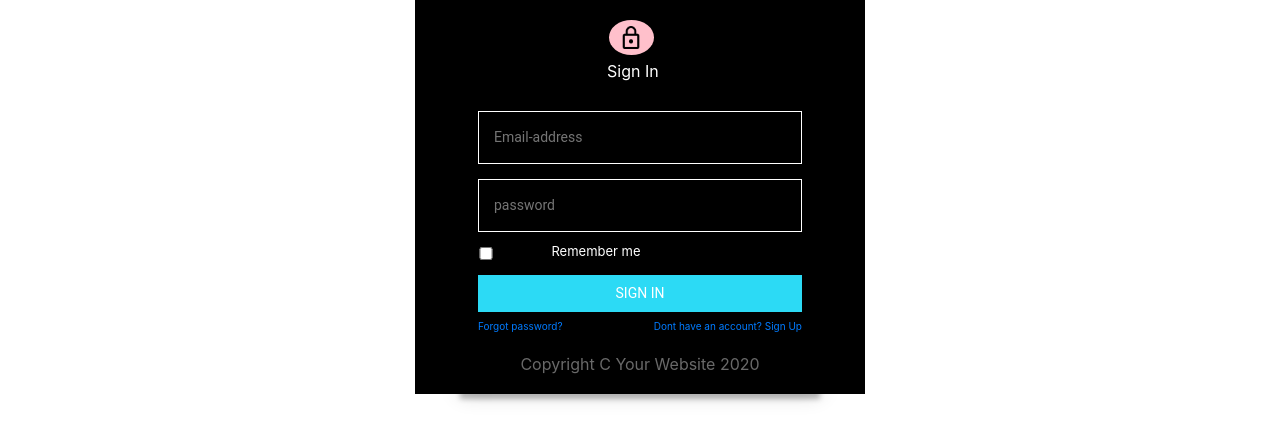
Repository: andbilous/cursor-styled-components
Page: /sign-in
The author's editor kept a copy of each file at every save. The page is drawn from the files as they stood at one save, then again after the next save.
The browser window is 1280 px wide. The pictures show the whole page.
The project was rebuilt for these pictures with package versions that can differ from the ones it lists, and the page was loaded fresh each time. Also part of the build but not shown: src/App.css, src/components/SignUpForm.jsx.

Above is the page before, as saved 2020-04-19 16:38:17.

### src/App.js
import React from 'react';
import {
  BrowserRouter as Router,
  Switch,
  Route,
  Link
} from "react-router-dom";
import './App.css';
import SignInForm from './components/SignInForm';
import SignUpForm from './components/SignUpForm';

function App() {
  return (
   <Router>
      <Switch>
          <Route exact path="/sign-in">
            <SignInForm />
          </Route>
          <Route path="/sign-up">
            <SignUpForm />
          </Route>
        </Switch>
   </Router>
  );
}

export default App;

### src/components/SignInForm.jsx
import React from 'react';
import styled from "styled-components";

const SignInFormStyles=styled.div`
*{
  box-sizing: border-box;
}
.login-page {
  width: 450px;
  margin: auto;
  background: #000;
}
.form {
  position: relative;
  z-index: 1;
  max-width: 360px;
  margin: 0 auto;
  margin-top:10px;
  padding: 18px;
  text-align: center;
  box-shadow: 0 0 20px 0 rgba(0, 0, 0, 0.2), 0 5px 5px 0 rgba(0, 0, 0, 0.24);
}
.form input {
  font-family: "Roboto", sans-serif;
  outline: 0;
  border: 1px solid #fff;
  background:transparent;
  width: 100%;
  margin: 0 0 15px;
  padding: 15px;
  font-size: 14px;
}
.form input[type="checkbox"]{
  transform: translateX(-100px);
}
.form button {
  font-family: "Roboto", sans-serif;
  text-transform: uppercase;
  outline: 0;
  background: #2cdaf5;
  width: 100%;
  border: 0;
  padding: 8px;
  color: #FFFFFF;
  font-size: 14px;
  -webkit-transition: all 0.3 ease;
  transition: all 0.3 ease;
  cursor: pointer;
}
.form button:hover,.form button:active,.form button:focus {
  background: #43A047;
}
.form .message {
  margin: 15px 0 0;
  color: #b3b3b3;
  font-size: 12px;
}
.form .message a {
  color: #4CAF50;
  text-decoration: none;
}
.container {
  position: relative;
  z-index: 1;
  max-width: 300px;
  margin: 0 auto;
}
.container:before, .container:after {
  content: "";
  display: block;
  clear: both;
}
.container .info {
  margin: 50px auto;
  text-align: center;
}
.container .info h1 {
  margin: 0 0 15px;
  padding: 0;
  font-size: 36px;
  font-weight: 300;
  color: #1a1a1a;
}
.container .info span {
  color: #4d4d4d;
  font-size: 12px;
}
.container .info span a {
  color: #000000;
  text-decoration: none;
}
.container .info span .fa {
  color: #EF3B3A;
}
body {
  background: #76b852; /* fallback for old browsers */
  background: -webkit-linear-gradient(right, #76b852, #8DC26F);
  background: -moz-linear-gradient(right, #76b852, #8DC26F);
  background: -o-linear-gradient(right, #76b852, #8DC26F);
  background: linear-gradient(to left, #76b852, #8DC26F);
  font-family: "Roboto", sans-serif;
  -webkit-font-smoothing: antialiased;
  -moz-osx-font-smoothing: grayscale;
}
.links{
  display:flex
}
.remember{
color:#fff;
}
.additional{
 color: #2cdaf5;
 display: flex;
 justify-content: space-between;
}
.additional a{
  font-size:10px
 }
.img-container{
  background: pink;
  border-radius: 50%;
  width:10%;
  transform: translateY(20px);
  margin-left: 43%;
}
img{
  margin: 6px 11px;
  width: 50%;
}
.image-label{
  display:block;
  color:#fff;
  margin-left: 12rem;
  margin-top: 1.5rem;
}
.label-remember{
  display: inline-block;
  margin-bottom: .5rem;
  transform: translateX(-152px);
  font-size: 13px;
  width: 50%;
  margin-top: -5px;
}
footer{
  color: dimgrey;
}
`


const SignInForm =() =>{
  return (
    <SignInFormStyles>
<div class="login-page">
  <div class='img-container'>
    <img src={require('../assets/padlock.png')}/>
    </div>
    <span class='image-label'>Sign In</span>

  <div class="form">
    <form class="login-form">
    <input type="text" placeholder="Email-address"/>
      <input type="password" placeholder="password"/>
      <div class='links remember'><input type="checkbox"/><label class='label-remember'>Remember me</label></div>
     <button>Sign In</button>
     <div class='links additional'>
     <p><a href="#">Forgot password?</a></p>
       <p><a href="#">Dont have an account? Sign Up</a></p>
       </div>
       <footer>
       <span>Copyright C Your Website 2020</span>
       </footer>

    </form>
  </div>
</div>
    </SignInFormStyles>

  )
}


export default  SignInForm;

Loaded but not shown: public/index.html (common file); src/index.js (common file); src/index.css (common file); src/serviceWorker.js (common file)

After the next save:
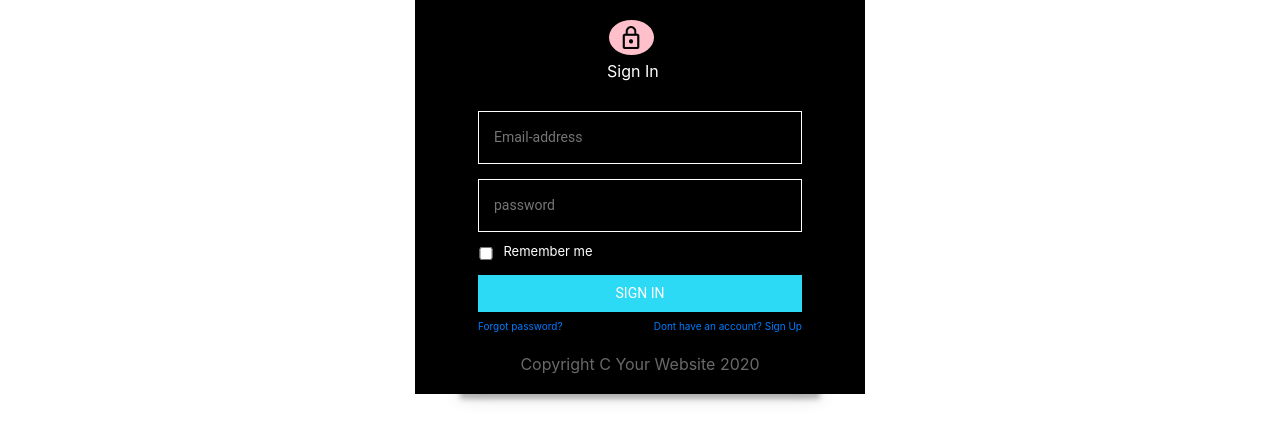
Saved 32 s later.
--- a/src/components/SignInForm.jsx
+++ b/src/components/SignInForm.jsx
@@ -136,7 +136,7 @@ img{
 .label-remember{
   display: inline-block;
   margin-bottom: .5rem;
-  transform: translateX(-152px);
+  transform: translateX(-200px);
   font-size: 13px;
   width: 50%;
   margin-top: -5px;
